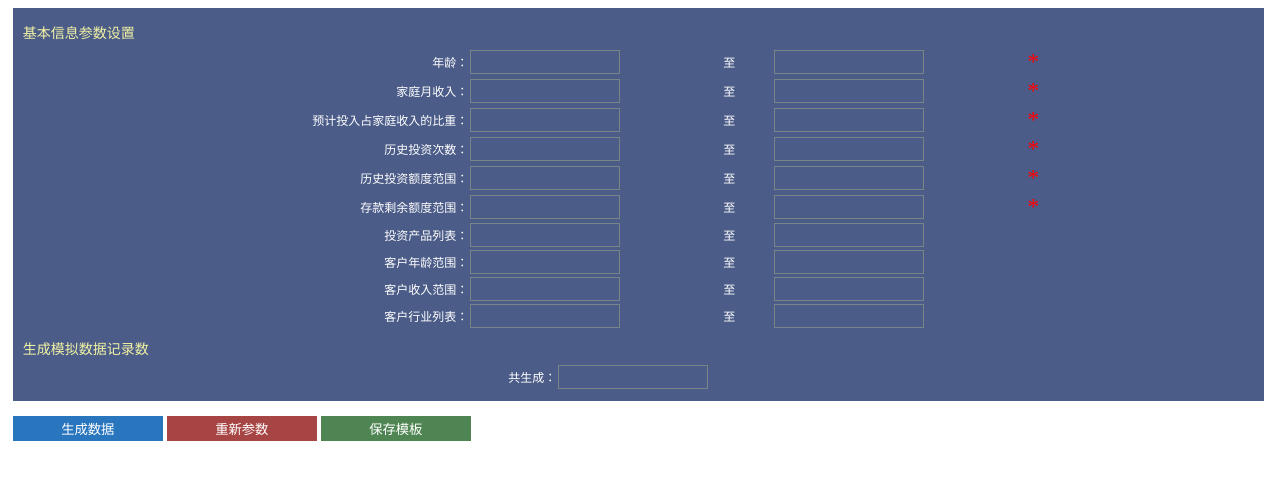
Repository: trieyouth/BigData
Page: http://localhost/BigData/WEB-INF/views/invesr-client-perference-analyse-system/data-collect/generateData.jsp
These files come from the project's save history. The page is drawn as it stood at one moment and after the next save; the edit follows.
The browser window is 1280 px wide. The pictures show the whole page.
The page is served by Tomcat 9. Nobody is signed in. Other server files are loaded and not shown. The template is opened directly, without the code that normally fills it, so the values that code supplies are empty.

Above is the page before, as saved 2016-03-13 06:40:18.

### BigData/WebRoot/WEB-INF/views/invesr-client-perference-analyse-system/data-collect/generateData.jsp
<%@ page language="java" import="java.util.*" pageEncoding="UTF-8"%>
<%@taglib prefix="c" uri="http://java.sun.com/jsp/jstl/core" %>

<!DOCTYPE HTML PUBLIC "-//W3C//DTD HTML 4.01 Transitional//EN">
<html>
  <head>
    <title>生成数据</title>
	<meta http-equiv="pragma" content="no-cache">
	<meta http-equiv="cache-control" content="no-cache">
	<meta http-equiv="expires" content="0">
	<meta http-equiv="keywords" content="keyword1,keyword2,keyword3">
	<meta http-equiv="description" content="This is my page">
	<link rel="stylesheet" type="text/css" href="<c:url value="/css/mycss.css"/>">
  </head>

   <body>
<div style="height:4px; width:100%;"></div>
<form  method="post" action="">
  <div style="height:4px; width:100%;"></div>
  <div id="lightcolor">
    <div style="height:4px; width:100%;"></div>
    <label  id="labelhead">基本信息参数设置</label>
    <div style="height:4px; width:100%;"></div>
    <table frame="void" width = "70%" height="25" >
      <tr>
        <td width="30%"  height="25"  style="text-align:right" ><label id="labelbody" > 年龄： </label></td>
        <td width="25%"  height="25"  ><label id="labelbody" >
            <input  type="text" id="inputwidth"   name="minAge" ></label></td>
        <td width="10%"  height="25"  style="text-align:center"  ><label id="labelbody" > 至 </label></td>
        <td width="25%"  height="25"  ><label id="labelbody" >
            <input  type="text" id="inputwidth"   name="maxAge" > </label></td>
        <td width="10%"  height="25"  style="text-align:center"  ><label id="labelbody1" >*</label></td>
      </tr>
      <tr>
        <td width="30%"  height="25"  style="text-align:right" ><label id="labelbody" > 家庭月收入： </label></td>
        <td width="25%"  height="25"  ><label id="labelbody" >
            <input  type="text" id="inputwidth"    name="minMonthlyIncome" >  </label></td>
        <td width="10%"  height="25"  style="text-align:center"  ><label id="labelbody" > 至 </label></td>
        <td width="25%"  height="25"  ><label id="labelbody" >
            <input  type="text" id="inputwidth"  placeholder=""  name="maxMonthlyIncome" > </label></td>
        <td width="10%"  height="25"  style="text-align:center"  ><label id="labelbody1" >*</label></td>
      </tr>
      <tr>
        <td width="30%"  height="25"  style="text-align:right" ><label id="labelbody" > 预计投入占家庭收入的比重： </label></td>
        <td width="25%"  height="25"  ><label id="labelbody" >
            <input  type="text" id="inputwidth"  placeholder=""  name="minProportionOfIncome" > </label></td>
        <td width="10%"  height="25"  style="text-align:center"  ><label id="labelbody" > 至 </label></td>
        <td width="25%"  height="25"  ><label id="labelbody" >
            <input  type="text" id="inputwidth"  placeholder=""  name="maxProportionOfIncome" > </label></td>
        <td width="10%"  height="25"  style="text-align:center"  ><label id="labelbody1" >*</label></td>
      </tr>
       <tr>
        <td width="30%"  height="25"  style="text-align:right" ><label id="labelbody" > 历史投资次数： </label></td>
        <td width="25%"  height="25"  ><label id="labelbody" >
            <input  type="text" id="inputwidth"   name="minHistoricalInvestment" ></label></td>
        <td width="10%"  height="25"  style="text-align:center"  ><label id="labelbody" > 至 </label></td>
        <td width="25%"  height="25"  ><label id="labelbody" >
            <input  type="text" id="inputwidth"   name="maxHistoricalInvestment" > </label></td>
        <td width="10%"  height="25"  style="text-align:center"  ><label id="labelbody1" >*</label></td>
      </tr>
       <tr>
        <td width="30%"  height="25"  style="text-align:right" ><label id="labelbody" > 历史投资额度范围： </label></td>
        <td width="25%"  height="25"  ><label id="labelbody" >
            <input  type="text" id="inputwidth"   name="minHistoricalInvestmentScope" ></label></td>
        <td width="10%"  height="25"  style="text-align:center"  ><label id="labelbody" > 至 </label></td>
        <td width="25%"  height="25"  ><label id="labelbody" >
            <input  type="text" id="inputwidth"   name="maxHistoricalInvestmentScope" > </label></td>
        <td width="10%"  height="25"  style="text-align:center"  ><label id="labelbody1" >*</label></td>
      </tr>
       <tr>
        <td width="30%"  height="25"  style="text-align:right" ><label id="labelbody" > 存款剩余额度范围： </label></td>
        <td width="25%"  height="25"  ><label id="labelbody" >
            <input  type="text" id="inputwidth"   name="minResidualScopeOfDeposit" ></label></td>
        <td width="10%"  height="25"  style="text-align:center"  ><label id="labelbody" > 至 </label></td>
        <td width="25%"  height="25"  ><label id="labelbody" >
            <input  type="text" id="inputwidth"   name="maxResidualScopeOfDeposit" > </label></td>
        <td width="10%"  height="25"  style="text-align:center"  ><label id="labelbody1" >*</label></td>
      </tr>
       <tr>
        <td width="30%"  height="25"  style="text-align:right" ><label id="labelbody" > 投资产品列表： </label></td>
        <td width="25%"  height="25"  ><label id="labelbody" >
            <input  type="text" id="inputwidth"   name="minListOfInvestmentProducts" ></label></td>
        <td width="10%"  height="25"  style="text-align:center"  ><label id="labelbody" > 至 </label></td>
        <td width="25%"  height="25"  ><label id="labelbody" >
            <input  type="text" id="inputwidth"   name="maxListOfInvestmentProducts" > </label></td>
        <td width="10%"  height="25"  style="text-align:center"  ><label id="labelbody" ></label></td>
      </tr>
       <tr>
        <td width="30%"  height="25"  style="text-align:right" ><label id="labelbody" > 客户年龄范围： </label></td>
        <td width="25%"  height="25"  ><label id="labelbody" >
            <input  type="text" id="inputwidth"   name="minCustomerAgeRange" ></label></td>
        <td width="10%"  height="25"  style="text-align:center"  ><label id="labelbody" > 至 </label></td>
        <td width="25%"  height="25"  ><label id="labelbody" >
            <input  type="text" id="inputwidth"   name="maxCustomerAgeRange" > </label></td>
        <td width="10%"  height="25"  style="text-align:center"  ><label id="labelbody" ></label></td>
      </tr>
       <tr>
        <td width="30%"  height="25"  style="text-align:right" ><label id="labelbody" > 客户收入范围： </label></td>
        <td width="25%"  height="25"  ><label id="labelbody" >
            <input  type="text" id="inputwidth"   name="minCustomerIncomeRange" ></label></td>
        <td width="10%"  height="25"  style="text-align:center"  ><label id="labelbody" > 至 </label></td>
        <td width="25%"  height="25"  ><label id="labelbody" >
            <input  type="text" id="inputwidth"   name="maxCustomerIncomeRange" > </label></td>
        <td width="10%"  height="25"  style="text-align:center"  ><label id="labelbody" > </label></td>
      </tr>
       <tr>
        <td width="30%"  height="25"  style="text-align:right" ><label id="labelbody" > 客户行业列表： </label></td>
        <td width="25%"  height="25"  ><label id="labelbody" >
            <input  type="text" id="inputwidth"   name="minListOfCustomersIndustry" ></label></td>
        <td width="10%"  height="25"  style="text-align:center"  ><label id="labelbody" > 至 </label></td>
        <td width="25%"  height="25"  ><label id="labelbody" >
            <input  type="text" id="inputwidth"   name="maxListOfCustomersIndustry" > </label></td>
        <td width="10%"  height="25"  style="text-align:center"  ><label id="labelbody" > </label></td>
      </tr>
    </table>
    <div style="height:8px; width:100%;"></div>
    <label  id="labelhead">生成模拟数据记录数</label>
    <div style="height:4px; width:100%;"></div>
     <table frame="void" width = "70%" height="25" >
      <tr>
        <td width="40%"  height="25"  style="text-align:right" ><label id="labelbody" > 共生成： </label></td>
        <td width="60%"  height="25"  ><label id="labelbody" >
            <input  type="text" id="inputwidth"   name="gerenalRecord" ></label></td>
        </tr>
     </table>
  </div>
  <div style="height:15px; width:100%;">${OperateStatus}</div>
  <!--选择按钮功能-->
  <div id="buttoncon">
    <button  id="button1style" type="submit" onclick="ClickGenerateData()" >生成数据</button>
    <!--点击此按钮后台获得参数-->
    <button  type="Reset" id="button2style">重新参数</button>
    <button  type="submit" id="button3style" onclick="ClickSaveForTemplate()" >保存模板</button>
    <!-- <button  type="Reset" id="button2style">设置生成字段</button> -->
  </div>
</form>
<script src="<c:url value="/js/system1formchick.js"/>"></script>
  </body>
  <script language="javascript" type="text/javascript">
  function ClickGenerateData(){
        document.frm.action="<c:url value="/icpas/index/dataCollect/generateData"/>";
        document.frm.submit();
   }
  function ClickSaveForTemplate(){
      document.frm.action="<c:url value="/icpas/index/dataCollect/saveAsTemplate"/>";
      document.frm.submit();
 }
  </script>
  </body>
</html>

### BigData/WebRoot/WEB-INF/resources/css/mycss.css
@charset "utf-8";
/* CSS Document */
*{
	padding:0px;
	margin:0px auto;
	border:0px;
}
#continaer{
	margin: 0px auto;
	width:80%;
	height:750px;
	//min-height:700px;
	background-color:rgb(18,24,48);
	padding:5px;
	border:0;
	}
#header{
	height:20%;
	width:100%;
	margin:0 auto;
	padding:0;
	border:0;
	background-color:rgb(76,93,137);}
    hr{ margin-top:0;
	margin-bottom:0;}

#bod{
	height:80%;
	width:100%;
	margin-top:0%;
	padding:0;
	background-color:rgb(76,93,137);
	}
#leftbody{
	margin:0;
	padding:0;
	border:0;
	width:20%;
	height:100%;
	background-color:rgb(18,24,48);
	float:left;
	}
#rightbody{
	margin:0;
	padding:0;
	border:0;
	width:80%;
	height:100%;
	background-color:rgb(49,69,120);
	float:left;}
#navhead{
	width:100%;
	height:50px;
	border:0;
	margin:0;
	padding:0;
	background:rgb(49,69,120);}

#hrc{
	margin-top:0;}
.nav ul {
	width:100%;
	height: 50px;
	padding: 0;
	margin-top:0;
}
.nav ul li {
	float: left;
	list-style: none;
}
.nav ul li a {
	width: 145px;
	height: 41px;
	line-height: 41px;
	background: rgb(49,69,120);
	color: #000;
	font-size: 14px;
	display: block;
	text-align: center;
	text-decoration: none;
	font-size: 16px;
	font-family:Microsoft YaHei;
	color:#FFF;
}
.nav ul li a:hover {
	width: 145px;
	height: 41px;
	line-height: 41px;
	border: 1px solid rgb(49,69,120);
	color: #000;
}

.meau ul {
	width: 100%;
	padding: 0;
	margin-top: 0;
}
.meau ul li {
	list-style: none;
}
.meau ul li a {
	width: 100%;
	height: 41px;
	line-height: 41px;
	background: rgb(28,40,82);
	color: #000;
	font-size: 14px;
	display: block;
	text-align: center;
	text-decoration: none;
	font-size: 16px;
	font-family: Microsoft YaHei;
	color: #FFF;
}
.meau ul li a:hover {
	width: 100%;
	height: 41px;
	line-height: 41px;
	border: 1px solid rgb(49,69,120);
	color: #FFF;
	background-color: rgb(18,24,48);
}
#lightcolor {
	width: 97%;
	margin-left:1%;
	background-color: #4B5C88;
	padding-top: 10px;
	padding-bottom: 10px;
	padding-left: 10px;
	border: 0;
}

#lighttable {
	width: 96%;

	padding-left:10px;
	margin-left:1%;
	background-color: #4B5C88;
	border:0;
}


#buttoncon{
	width: 97%;
	margin-left:1%;
	padding:0;
	border:0;
}
#labelhead {
	color: #F1F1A4;
	font-size: 14px;
	font-family: Microsoft YaHei;
}
#labelbody {
	color: #FFF;
	font-size: 12px;
	font-family: Microsoft YaHei;
}
/* the style of * */
#labelbody1 {

	font-size: 24px;
	color:red;
}
/*the style of input【text】 */
#inputwidth {
	width: 150px;
	height: 24px;
	background: Transparent;
	border: 1px solid #788587;
}
.cell{
	border-right:#7785A8 solid 1px;
	}

/* the style of Button */
#button1style{
	width:150px ;
	height:25px;
	background:#2976BE;
	border:0;
	color:#FFF;
	font-family: Microsoft YaHei;
}
/* the style of Button */
#button2style{
    width: 150px;
	height: 25px;
	background: #A74544;
	border: 0;
	color: #FFF;
	font-family: Microsoft YaHei;
}
/* the style of Button */
#button3style{
    width:150px ;
    height:25px;
    background:#4F8553;
    border:0;
    color:#FFF;
    font-family: Microsoft YaHei;
}
.submitfile{
	width:150px;
	height:25px;
	background-color:#4F8553;
	color:#FFF;
	margin-left:3px;}
.choicefile{
	width:150px;
	height:25px;
	background-color:#2976BE;
	color:#FFF;
	margin-right:3px;
	}
.filepath{
	width:310px;
	border:1px solid #OFC;
	height:25px;
	line-height:25px;
	overflow:hidden;
	color:#000;}

Loaded but not shown: BigData/WebRoot/WEB-INF/resources/js/system1formchick.js (common file)

After the next save:
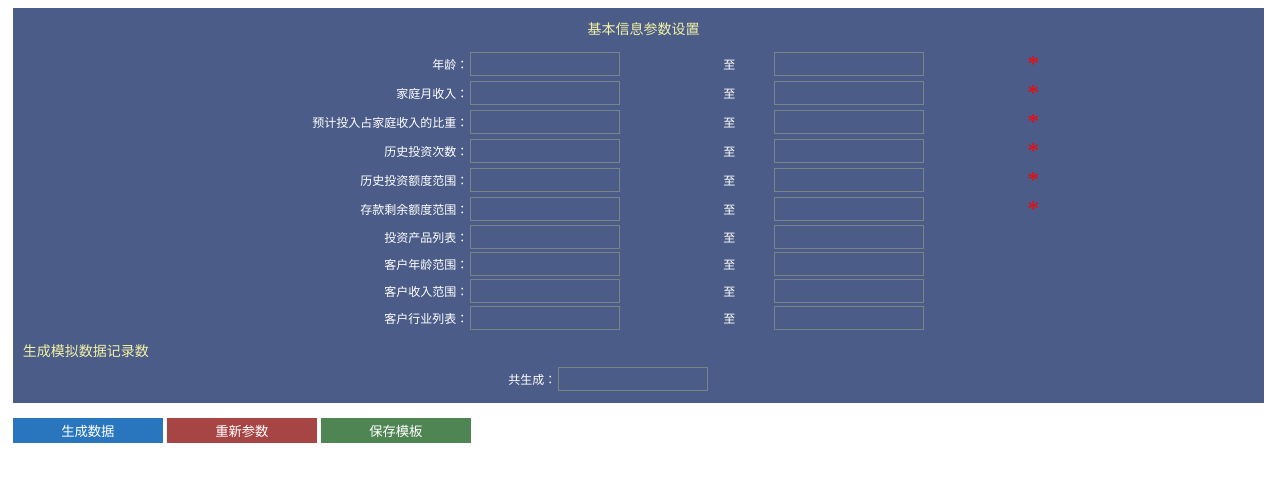
Saved 93 s later.
--- a/BigData/WebRoot/WEB-INF/views/invesr-client-perference-analyse-system/data-collect/generateData.jsp
+++ b/BigData/WebRoot/WEB-INF/views/invesr-client-perference-analyse-system/data-collect/generateData.jsp
@@ -18,9 +18,8 @@
 <form  method="post" action="">
   <div style="height:4px; width:100%;"></div>
   <div id="lightcolor">
-    <div style="height:4px; width:100%;"></div>
-    <label  id="labelhead">基本信息参数设置</label>
-    <div style="height:4px; width:100%;"></div>
+    <div style="height:30px; width:70%;font-size: 25px;text-align: center;"><label  id="labelhead">基本信息参数设置</label></div>
+
     <table frame="void" width = "70%" height="25" >
       <tr>
         <td width="30%"  height="25"  style="text-align:right" ><label id="labelbody" > 年龄： </label></td>
